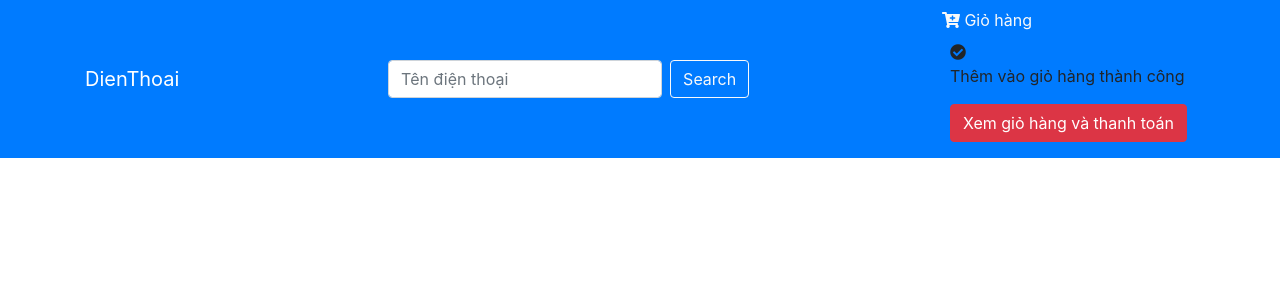
Repository: dovanthao2404/BC14_Bai_Tap_Ban_Dien_Thoai_dovanthao
Page: app/views/index.html
An editor plug-in stored every save of this project. The page is shown before and after the next save, followed by the edit.
The browser window is 1280 px wide. The pictures show the whole page.
Some web libraries are served in a nearby version. The style sheet was rebuilt from its Sass, Less or Tailwind sources for each picture, by a compiler version that may differ from the author's.

Above is the page before, as saved 2021-08-14 16:02:44.
Console error (its wording comes from the project's code and is left out).

### app/views/index.html
<!DOCTYPE html>
<html lang="en">

<head>
  <meta charset="UTF-8">
  <meta http-equiv="X-UA-Compatible" content="IE=edge">
  <meta name="viewport" content="width=device-width, initial-scale=1.0">
  <title>Dien Thoai Xin</title>




  <!-- FONT AWESOME -->
  <link rel="stylesheet" href="https://cdnjs.cloudflare.com/ajax/libs/font-awesome/5.15.4/css/all.min.css"
    integrity="sha512-1ycn6IcaQQ40/MKBW2W4Rhis/DbILU74C1vSrLJxCq57o941Ym01SwNsOMqvEBFlcgUa6xLiPY/NS5R+E6ztJQ=="
    crossorigin="anonymous" referrerpolicy="no-referrer" />

  <!-- GOOGLE FONTS -->

  <link rel="preconnect" href="https://fonts.googleapis.com">
  <link rel="preconnect" href="https://fonts.gstatic.com" crossorigin>
  <link
    href="https://fonts.googleapis.com/css2?family=Roboto:ital,wght@0,300;0,400;0,700;1,300;1,400;1,700&display=swap"
    rel="stylesheet">

  <!-- B4 -->
  <link rel="stylesheet" href="https://cdn.jsdelivr.net/npm/bootstrap@4.6.0/dist/css/bootstrap.min.css"
    integrity="sha384-B0vP5xmATw1+K9KRQjQERJvTumQW0nPEzvF6L/Z6nronJ3oUOFUFpCjEUQouq2+l" crossorigin="anonymous">

  <!-- MAIN CSS -->
  <link rel="stylesheet" href="../../assets/css/main.css">
</head>

<body>
  <header class="fixed-top">
    <nav class="navbar navbar-dark bg-primary">
      <div class="container">

        <a href="#" class="navbar-brand">
          DienThoai
        </a>
        <form class="form-inline my-2 my-lg-0">
          <input id="valueSearch" class="form-control mr-sm-2" type="search" placeholder="Tên điện thoại"
            aria-label="Search">
          <button id="btnSearch" class="btn btn-outline-light my-2 my-sm-0" type="button">Search</button>
        </form>
        <div class="phone-cart">
          <a href="cart.html" class="text-light">
            <i class="fa fa-cart-plus"></i> Giỏ hàng
          </a>
          <div class="notifiSuccess p-2">
            <div>
              <i class="fa fa-check-circle"></i>
              <p>Thêm vào giỏ hàng thành công</p>
            </div>
            <button class="btn btn-danger w-100" data-target="cart.html">Xem giỏ hàng và thanh toán</button>
          </div>
        </div>
      </div>
    </nav>

  </header>

  <section class="phone-product">
    <div class="container">
      <div id="listAll-type">
        <div class="phone-title">
          <div class="d-flex justify-content-between align-items-center my-3">
            <div class="d-flex align-items-center">
              <h3 class="mr-3">
                Danh sản phẩm
              </h3>
              <div>
                <select class="phone-select" name="" id="phoneType">
                  <option value="">Lọc</option>
                  <option value="Samsung">Samsung</option>
                  <option value="Iphone">Iphone</option>
                </select>

              </div>
            </div>
            <div class="sort-name">
              <select class="phone-select" name="" id="sortPhone">
                <option value="">Sắp xếp</option>
                <option value="a">A - Z</option>
                <option value="z">Z - A</option>
              </select>
            </div>
          </div>
        </div>
        <div class="phone-list">
          <div class="row" id="listPhoneView">

          </div>
        </div>
      </div>
    </div>
    </div>
  </section>


  <!-- B4 -->
  <script src="https://code.jquery.com/jquery-3.5.1.slim.min.js"
    integrity="sha384-DfXdz2htPH0lsSSs5nCTpuj/zy4C+OGpamoFVy38MVBnE+IbbVYUew+OrCXaRkfj"
    crossorigin="anonymous"></script>
  <script src="https://cdn.jsdelivr.net/npm/bootstrap@4.6.0/dist/js/bootstrap.bundle.min.js"
    integrity="sha384-Piv4xVNRyMGpqkS2by6br4gNJ7DXjqk09RmUpJ8jgGtD7zP9yug3goQfGII0yAns"
    crossorigin="anonymous"></script>


  <!-- AXIOS -->
  <script src="https://cdnjs.cloudflare.com/ajax/libs/axios/0.21.1/axios.min.js"
    integrity="sha512-bZS47S7sPOxkjU/4Bt0zrhEtWx0y0CRkhEp8IckzK+ltifIIE9EMIMTuT/mEzoIMewUINruDBIR/jJnbguonqQ=="
    crossorigin="anonymous" referrerpolicy="no-referrer"></script>

  <script type="module" src="./../controllers/main.js"></script>
</body>

</html>

### app/controllers/main.js
import Phone from "./../models/Phone.js"
import ListPhone from "./../models/ListPhone.js"


var listProductInCart = JSON.parse(localStorage.getItem("listProductInCart")) || [];



let getEle = (id) => {
  return document.getElementById(id)
}

let listPhone = new ListPhone();


let renderView = (arr) => {
  let html = ""
  arr.forEach((phone) => {
    html += `
    <div class="col-3 mb-3">
    <div class="card overflow-hidden h-100">
      <img
        src="${phone.img}"
        alt="" class="card-img-top">
      <div class="card-body">
        <h4 class=card-title>
        ${phone.name}
        </h4>
        <p class="card-text">${phone.desc}</p>
        </div>
        <div class="card-footer">
        <a data-action="add"  data-phone=${phone.id} class="btn btn-primary w-100">Cart</a>
        </div>
    </div>
  </div>
    `
  })
  getEle("listPhoneView").innerHTML = html

}

let fetchData = () => {
  listPhone
    .getListPhoneApi()
    .then((resp) => {
      renderView(resp.data)
    })
    .catch((err) => {
      console.log(err)
    })
}

fetchData()

let filterType = (phoneType, type) => {
  return listPhone
    .getListPhoneApi()
    .then((resp) => {
      let data = resp.data;
      data.forEach((phone) => {
        if (phone.type === type) {
          phoneType.push(phone);
        }
      })
      renderView(phoneType)
      return phoneType;
    })
    .catch((err) => {
      console.log(err)
    })
}

let sortPhone = (arr, valueSort) => {
  for (let i = 0; i < arr.length; i++) {
    for (let j = i; j < arr.length; j++) {
      if (valueSort === 1) {
        if (arr[i].name < arr[j].name) {
          let temp = arr[i];
          arr[i] = arr[j]
          arr[j] = temp;
        }
      } else {
        if (arr[i].name > arr[j].name) {
          let temp = arr[i];
          arr[i] = arr[j]
          arr[j] = temp;
        }
      }
    }
  }
  renderView(arr)
}


let delegationSelect = () => {
  let phoneType = [];
  let type = getEle("phoneType").value;
  let dataSort = getEle("sortPhone").value;

  if (type && dataSort) {

    if (dataSort === "a") {
      filterType(phoneType, type)
        .then((phoneType) => {
          sortPhone(phoneType, 1);
        })
    } else {
      filterType(phoneType, type)
        .then((phoneType) => {
          sortPhone(phoneType, 0);
        })
    }

  } else if (type && !dataSort) {

    filterType(phoneType, type);

  } else if (!type && dataSort) {

    if (dataSort === "a") {
      listPhone.getListPhoneApi()
        .then((resp) => {
          sortPhone(resp.data, 1);
        })
        .catch((err) => {
          console.log(err);
        })
    } else {
      listPhone.getListPhoneApi()
        .then((resp) => {
          sortPhone(resp.data, 0);
        })
        .catch((err) => {
          console.log(err);
        })
    }

  } else {
    fetchData()
  }
}

getEle("phoneType").addEventListener("change", delegationSelect)
getEle("sortPhone").addEventListener("change", delegationSelect)

const handleSearch = () => {
  let nameSort = getEle("valueSearch").value;
  nameSort = nameSort.toLowerCase().trim();
  listPhone.getListPhoneApi()
    .then((resp) => {
      let listPhone = resp.data;
      let listPhoneSearch = listPhone.filter((phone) => {
        return phone.name.toLowerCase().includes(nameSort);
      })
      renderView(listPhoneSearch);
    })
    .catch((err) => {
      console.log(err)
    })

}

getEle("btnSearch").addEventListener("click", handleSearch);




const delegationListPhoneView = (e) => {
  if (e.target.getAttribute("data-action") === "add") {
    let id = e.target.getAttribute("data-phone");

    listPhone.getPhoneById(id)
      .then((resp) => {
        let count = 0;
        for (let i = 0; i < listProductInCart.length; i++) {

          if (listProductInCart[i].id === id) {
            listProductInCart[i].quantity += 1;
            localStorage.setItem("listProductInCart", JSON.stringify(listProductInCart));
            count++;
          }

        }

        if (count === 0) {
          let phone = { ...resp.data }
          phone.quantity = 1;
          listProductInCart.push(phone);
          localStorage.setItem("listProductInCart", JSON.stringify(listProductInCart));

        }
      })
      .catch((err) => {
        console.log(err)
      })


  }
}


getEle("listPhoneView").addEventListener("click", delegationListPhoneView)

### app/models/Phone.js
class Phone {
  constructor({
    name,
    price,
    screen,
    backCamera,
    frontCamera,
    img,
    desc,
    type
  },) {
    this.name = name;
    this.price = price;
    this.screen = screen;
    this.backCamera = backCamera;
    this.frontCamera = frontCamera;
    this.img = img;
    this.desc = desc;
    this.type = type;
  }

}

### app/models/ListPhone.js
export default class ListPhone {
  getListPhoneApi() {
    return axios({
      url: "https://6113ecdacba40600170c1d10.mockapi.io/api/phone",
      method: "GET",
    });
  }

  getPhoneById(id) {
    return axios({
      url: `https://6113ecdacba40600170c1d10.mockapi.io/api/phone/${id}`,
      method: "GET",
    });
  }

}

//  MỚi ăn xong

### assets/scss/main.scss
.phone-product {
  margin-top: 80px;
}
.phone-select {
  padding: 8px 20px 8px 4px;
  border-color: #007bff;
  color: #007bff;
  border-radius: 4px;
  background: transparent;
  outline: none;
  cursor: pointer;
  transition: all 0.5s;
  &:hover {
    background-color: #007bff;
    color: white;
  }
  option {
    display: block;
    background-color: white;
    color: #000;
  }
}

After the next save:
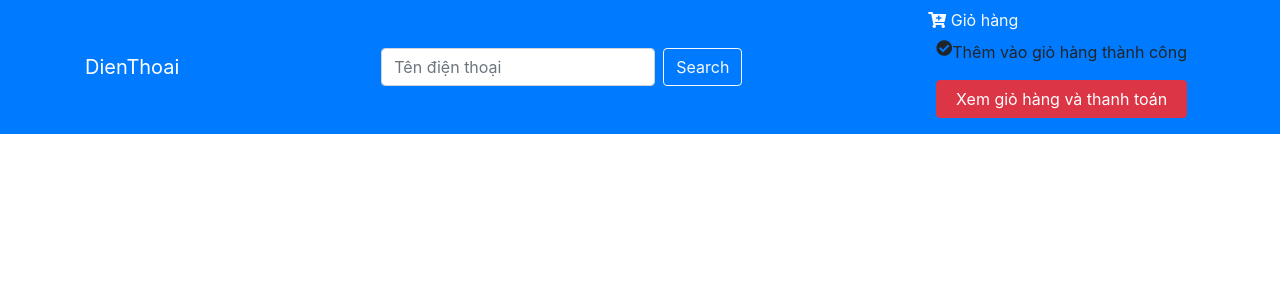
Saved 20 s later.
--- a/app/views/index.html
+++ b/app/views/index.html
@@ -49,7 +49,7 @@
             <i class="fa fa-cart-plus"></i> Giỏ hàng
           </a>
           <div class="notifiSuccess p-2">
-            <div>
+            <div class="d-flex">
               <i class="fa fa-check-circle"></i>
               <p>Thêm vào giỏ hàng thành công</p>
             </div>
